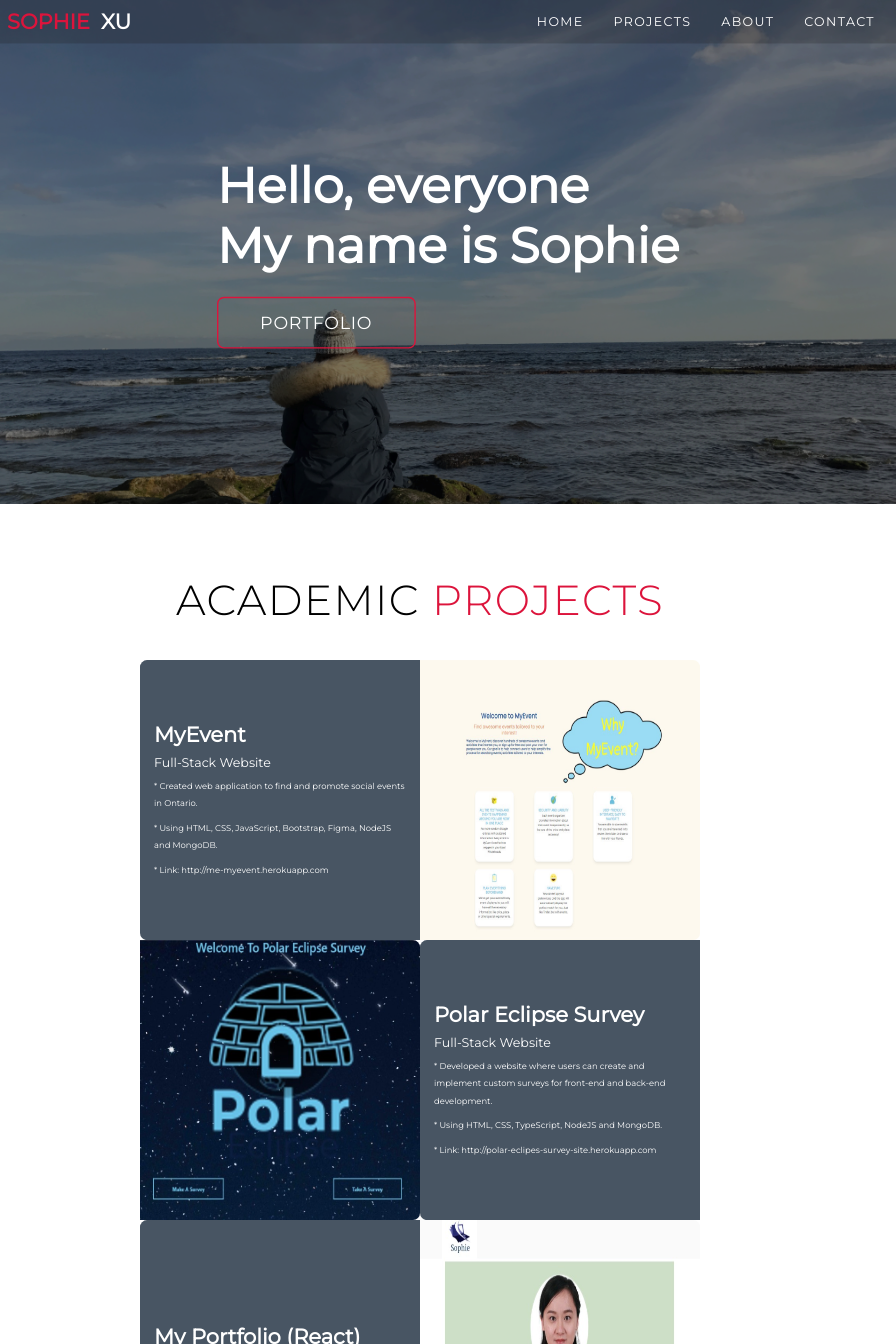
Repository: wenxi0504/StaticWebsite_Profolio
Page: index.html
These files come from the project's save history. The page is drawn as it stood at one moment and after the next save; the edit follows.
The browser window is 1280 px wide. The pictures show the part of the page from y = 0 to 1920 px (the page is 4006 px tall before and 4068 px after), at 70% of full size.

Above is the page before, as saved 2022-03-06 00:40:52.

### index.html
<!DOCTYPE html>
<html lang="en">
  <head>
    <meta charset="UTF-8" />
    <meta http-equiv="X-UA-Compatible" content="IE=edge" />
    <meta name="viewport" content="width=device-width, initial-scale=1.0" />
    <link rel="stylesheet" href="style.css" />
    <title>Portfolio</title>
  </head>
  <body>
    <!-- Header Section -->
    <section id="header">
      <div class="header container">
        <div class="nav-bar">
          <div class="brand">
            <a href="#myIntro">
              <h1><span>Sophie</span>&nbsp&nbspXu</h1>
            </a>
          </div>
          <div class="nav-list">
            <div class="hamburger">
              <div class="bar"></div>
            </div>
            <ul>
              <li><a href="#myIntro" data="Home" >Home</a></li>
              <li><a href="#projects" data="Projects" >Projects</a></li>
              <li><a href="#about" data="About">About</a></li>
              <li><a href="#contact" data="Contact" >Contact</a></li>
            </ul>
          </div>
        </div>
      </div>
    </section>

    <!-- End Header Section -->
    <!-- Introduction Section -->
    <section id="myIntro">
      <div class="myIntro container">
        <div class="card">
          <h1>Hello, everyone <span></span></h1>
          <h1>My name is Sophie <span></span></h1>
          <a href="#" type="button" class="cta">Portfolio</a>
        </div>
      </div>
    </section>
    <!-- End Introduction Section -->
    <!-- Projects Section -->
    <section id="projects">
      <div class="projects container">
        <div class="projects-header">
          <h1 class="section-title">Academic <span>Projects</span></h1>
        </div>
        <div class="all-projects">
          <div class="project-item">
            <div class="project-info">
              <h1>MyEvent</h1>
              <h2>Full-Stack Website</h2>
              <p>* Created web application to find and promote social events in Ontario.</p>
               <p> * Using HTML, CSS, JavaScript, Bootstrap, Figma, NodeJS and MongoDB.</p>
                <p >* Link: <a class="project-link" href="http://me-myevent.herokuapp.com">http://me-myevent.herokuapp.com</a> </p>

            </div>
            <div class="project-img">
              <img src="./images/MyEventCover1.jpg" alt="MyEventImg">
            </div>
          </div>
          <div class="project-item">
            <div class="project-info">
              <h1>Polar Eclipse Survey </h1>
              <h2>Full-Stack Website</h2>
              <p>* Developed a website where users can create and implement custom surveys for front-end and back-end development. </p>
               <p>* Using HTML, CSS, TypeScript, NodeJS and MongoDB.</p>
               <p>* Link: <a class="project-link" href="http://polar-eclipes-survey-site.herokuapp.com">http://polar-eclipes-survey-site.herokuapp.com</a></p>

            </div>
            <div class="project-img">
              <img src="./images/EclipseSurvey.jpg" alt="SurveyImg">
            </div>
          </div>
          <div class="project-item">
            <div class="project-info">
              <h1>My Portfolio (React)</h1>
              <h2>Static Website</h2>
              <p>xxxxxxxxxxxxxx</p>
            </div>
            <div class="project-img">
              <img src="./images/MyPortfolioReact.jpg" alt="MyPortfolioReactImg">
            </div>
          </div>
        </div>
      </div>
    </section>
    <!-- End  Projects Section -->

    <!-- About Me Section -->
    <section id="about">
      <div class="about container">
        <div class="col-left">
          <div class="about-img">
            <img src="./images/3.identical photos_副本.jpg" alt="sophieImg">
          </div>
        </div>
        <div class="col-right">
          <h1 class="section-title">About <span>me</span></h1>
         <h2> <span></span> Web Developer | Front End Developer</h2>
        <p> Hi, everyone. My name is Sophie. Recently, I graduated with Software Engineering Technician Diploma Program at Centennial college. During my educational training at Centennial college, I completed several programming languages and web development application courses through which I gained extensive knowledge in C#, Java, Python, JavaScript, NodeJS and SQL. </p>
        <P>As to academic projects, I contributed to the development of two full-stack web applications. My role was to provide back-end support and was responsible for managing the database and conducting unit testing utilizing automation testing tools, which allowed our team to accomplish app functionality. Additionally, I successfully developed front-end web applications using technologies such as bootstrap and REACT, demonstrating proficiency in web interface design. </p>
         <p> Moreover, I have consistently met the challenges presented in this field with over four years of experience as an IT project coordinator. My attention to detail, organizational skills and strong communication abilities have allowed me to lead software development teams and ensure the success of each project assigned to me. While performing this role, I successfully managed over a dozen small-scale projects independently and collaborated in managing national-level projects valued at 20 million dollars. </p>
         <img  class="downloadImg" src="./images/icons8-arrow-48.png" alt="downloaded"><a href="#" class="cta" > Download Resume</a>
        </div>
      </div>
    </section>
    <!-- End About Me Section -->
    <!-- Contact Section -->
    <section id="contact">
      <div class="contact container">
        <div>
          <h1 class="section-title">Contact <span>Information</span></h1>
        </div>
        <div class="contact-items">
          <div class="contact-item">
            <div class="icon"><img src="./images/icons8-phone-64.png "/></div>
            <div class="contact-info">
              <h1>Phone</h1>
              <h2>647-303-6613 </h2>
          </div>
          </div>
          <div class="contact-item">
            <div class="icon">
              <img src="./images/icons8-email-64.png" alt="sEmail">
            </div>
          <div class="contact-info">
            <h1>Email</h1>
            <h2>sophiewenxi1988@gmail.com</h2>
          </div>
          </div>
          <div class="contact-item">
            <div class="icon"><img src="./images/icons8-address-66.png" /></div>
            <div class="contact-info">
              <h1>Address</h1>
              <h2>Markham, Ontario, Canada </h2>
          </div>
          </div>
        </div>
      </div>
    </section>
    <!-- End Contact Section -->
  <!-- Footer Section -->
  <section id="footer">
    <div class="footer container">
      <div class="brand">
        <h1><span>Sophie</span> Xu</h1>
      </div>
      <div class="social-icon">
        <div class="social-item">
          <a href="#"><img src="./images/icons8-facebook-48.png" /></a>
        </div>
        <div class="social-item">
          <a href="#"><img src="./images/icons8-instagram-48.png" /></a>
        </div>
        <div class="social-item">
          <a href="#"><img src="./images/icons8-twitter-48.png" /></a>
        </div>
        <div class="social-item">
          <a href="#"><img src="./images/icons8-linkedin-48.png" /></a>
        </div>
      </div>
      <p>Copyright © 2022 Sophie Xu. All rights reserved</p>
    </div>
  </section>
  <!-- End Footer Section -->
    <!-- JavaScript -->
  <script src="./index.js"></script>
  <!-- End JavaScript -->
  </body>

</html>

### style.css
/* import custom font from GoogleFonts */
@import "https://fonts.googleapis.com/css?family=Montserrat:300, 400, 700&display=swap";
* {
  margin: 0px;
  padding: 0px;
  box-sizing: border-box;
}

html {
  font-size: 10px;
  font-family: "Montserrat", sans-serif;
}

a {
  text-decoration: none;
}

.container {
  min-height: 100vh;
  width: 100%;
  display: flex;
  align-items: center;
  justify-content: center;
}
/* Header Section */
#header {
	position: fixed;
	z-index: 1000;
	left: 0;
	top: 0;
	width: 100vw;
	height: auto;
}
#header .header {
	min-height: 8vh;
	background-color: rgba(31, 30, 30, 0.24);
	transition: 0.3s ease background-color;
}
#header .nav-bar {
	display: flex;
	align-items: center;
	justify-content: space-between;
	width: 100%;
	height: 100%;
	max-width: 1300px;
	padding: 0 10px;
}
#header .nav-list ul {
	list-style: none;
	position: absolute;
	background-color: rgb(31, 30, 30);
	width: 100vw;
	height: 100vh;
	left: 100%;
	top: 0;
	display: flex;
	flex-direction: column;
	justify-content: center;
	align-items: center;
	z-index: 1;
	overflow-x: hidden;
	transition: 0.5s ease left;
}
#header .nav-list ul.active {
	left: 0%;
}

#header .nav-list ul a {
	font-size: 2.5rem;
	font-weight: 500;
	letter-spacing: 0.2rem;
	text-decoration: none;
	color: white;
	text-transform: uppercase;
	padding: 20px;
	display: block;
}
#header .nav-list ul a::after {
	content: attr(data);
	position: absolute;
	top: 50%;
	left: 50%;
	transform: translate(-50%, -50%) scale(0);
	color: rgba(240, 248, 255, 0.021);
	font-size: 13rem;
	letter-spacing: 50px;
	z-index: -1;
	transition: 0.3s ease letter-spacing;
}
#header .nav-list ul li:hover a::after {
	transform: translate(-50%, -50%) scale(1);
	letter-spacing: initial;
}
#header .nav-list ul li:hover a {
	color: crimson;
}
#header .hamburger {
	height: 60px;
	width: 60px;
	display: inline-block;
	border: 3px solid white;
	border-radius: 50%;
	position: relative;
	display: flex;
	align-items: center;
	justify-content: center;
	z-index: 100;
	cursor: pointer;
	transform: scale(0.8);
	margin-right: 20px;
}
#header .hamburger:after {
	position: absolute;
	content: '';
	height: 100%;
	width: 100%;
	border-radius: 50%;
	border: 3px solid white;
	animation: hamburger_puls 1s ease;
}
#header .hamburger .bar {
	height: 2px;
	width: 30px;
	position: relative;
	background-color: white;
	z-index: -1;
}
#header .hamburger .bar::after,
#header .hamburger .bar::before {
	content: '';
	position: absolute;
	height: 100%;
	width: 100%;
	left: 0;
	background-color: white;
	transition: 0.3s ease;
	transition-property: top, bottom;
}
#header .hamburger .bar::after {
	top: 8px;
}
#header .hamburger .bar::before {
	bottom: 8px;
}
#header .hamburger.active .bar::before {
	bottom: 0;
}
#header .hamburger.active .bar::after {
	top: 0;
}
/* End Header Section */

/* myIntro Section */
#myIntro {
  background-image: url(./images/ProfolioBackground.jpg);
  background-size: cover;
  background-position: top center;
  position: relative;
  z-index: 0;

}

/* background blurring */
#myIntro ::after {
  content: '';
  position: absolute;
  left: 0px;
  top: 0px;
  height: 100%;
  width: 100%;
  background-color:black;
  opacity: 10%;
  z-index: -1;
}

/* setup the max-width window */
#myIntro .myIntro{
max-width: 1200px;
margin: 0 auto;
padding: 0 50px;
justify-content: center;
}



#myIntro h1 {
  display: block;
  width: fit-content;
  font-size: 4rem;
  color: white;
  /* animation: text_reveal 0.5s ease forwards;
  animation-delay: 1s; */


}

/* #myIntro h1:nth-child(1){

  animation-delay:1s;
}

#myIntro h1:nth-child(2){

  animation-delay:2s;
}

#myIntro h1 span{
position: absolute;
top:0;
left:0;
height: 100%;
width: 0;
background-color:crimson;
animation: text_reveal_box 1s ease;
animation-delay:0.5s

}

#myIntro h1:nth-child(1) span {
	animation-delay: 0.5s;
}
#myIntro h1:nth-child(2) span {
	animation-delay: 1.5s;
} */

.cta {
  display: inline-block;
  padding: 1rem 1rem;
  color: white;
  background-color: transparent;
  border: 2px solid crimson;
  border-radius: 10px;
  font-size: 2rem;
  text-transform: uppercase;
  letter-spacing: 0.1rem;
  margin-top: 30px;
  transition: 0.3s ease;
  transition-property: background-color;
}

.cta:hover {
  background-color: crimson;

}

/* end myIntro section */

/* keyframes */
/* @keyframes text_reveal_box {
	50% {
		width: 100%;
		left: 0;
	}
	100% {
		width: 0;
		left: 100%;
	}
}
@keyframes text_reveal {
	100% {
		color: white;
	}
} */

/* Project Section */
.section-title {
	font-size: 4rem;
	font-weight: 300;
	color: black;
	margin-bottom: 10px;
	text-transform: uppercase;
	letter-spacing: 0.2rem;
	text-align: center;
}
.section-title span {
	color: crimson;
}

#projects .projects{
  flex-direction: column;
  max-width: 1200px;
  margin: 0,auto;
  padding: 100px 0;

}

#projects .projects-header h1{
  margin-bottom: 50px;
}

#projects .all-projects{
  display:flex;
  flex-direction: column;
  justify-content: center;
  align-items:center;
}

#projects .project-item{
  display: flex;
  /* flex-direction: column; */
  justify-content: center;
  align-items:center;
  width:100%;
  height:302px;
  margin: 20px auto;
  overflow: hidden;
}

#projects .project-info{
  display: flex;
  flex-direction: column;
  justify-content: center;
  align-items:flex-start;
  padding: 20px;
  flex-basis: 50%;
  width: 400px;
  height: 300px;
  background-image:linear-gradient(60deg,#29323c, 0%, #485563 100%);
  color:white;

  border-top-left-radius: 10px;
  border-bottom-left-radius:10px;
}

#projects .project-info h1 {

	font-size: 3rem;
	font-weight: 800;
}
#projects .project-info h2 {
	font-size: 1.8rem;
	font-weight: 500;
	margin-top: 10px;
}
#projects .project-info p {
	color: white;
  font-size: 1.2rem;
  padding-top: 5px;
  margin-top: 5px;
  line-height: 25px;
}
#projects .project-info .project-link{
  color:white;
}

#projects .project-img {
	flex-basis: 50%;
  width:400px;
	height: 300px;
	overflow: hidden;
	position: relative;
  border-top-right-radius: 10px;
  border-bottom-right-radius:10px;
}

#projects .project-img img{
  width:100%;
  height: 100%;
  transition: 0.3s ease transform;
}

#projects .project-item:hover .project-img img {
	transform: scale(1.1);
}

/* #projects .project-img:after {
	content: '';
	position: absolute;
	left: 0;
	top: 0;
	height: 100%;
	width: 100%;
	background-image: linear-gradient(60deg, #29323c 0%, #485563 100%);
	opacity: 0.7;
}
#projects .project-img img {
	transition: 0.3s ease transform;
}
*/
/* About Section */
#about .about{
  flex-direction:column-reverse;
  text-align:center;
  max-width:1200px;
  margin: 0 auto;
  padding:100px 20px;
}

/* SophieImg */
 #about .col-left{
  width:250px;
  height:360px;
}

#about .col-right {
	width: 100%;
}

#about .col-right h2 {
	font-size: 1.8rem;
	font-weight: 500;
	letter-spacing: 0.2rem;
	margin-bottom: 10px;
}

#about .col-right p {
  font-size: 1.3rem;
  text-align: justify;
  text-indent:5em;
  line-height: 2rem;
	margin-bottom: 20px;
}

#about .col-right .cta{
  color:black;
  margin-bottom: 50px;
  padding: 10px 20px;
  font-size: 2rem;
}

#about .col-right .cta:hover{
  color:white;

}

#about .col-right .downloadImg{
  position: relative;
  top:15px;
  right: 10px
}

#about .col-left .about-img{
  height: 100%;
  width: 100%;
  position: relative;
  border:10px solid white;
}
#about .col-left .about-img img{
  height: 70%;
  width: 80%;
}

#about .col-left .about-img::after{
  content:'';
  position: absolute;
  left:-20px;
  top:25px;
  height: 65%;
  width:80%;
  border:7px solid crimson;
  z-index: -1;
}
/* End About Section */
/* Contact Section */
#contact .contact{
  flex-direction: column;
  max-width: 1200px;
  margin:0 auto;
  width:90%
}

#contact .contact-items{
  width:100%
}

#contact .contact-item{
  width:80%;
  padding: 20px;
  text-align: center;
  border-radius:10px;
  padding: 30px;
  margin:30px;
  display: flex;
  justify-content: center;
  align-items:center;
  flex-direction: column;
  box-shadow: 0px 0px 18px 0 #0000002c;
  transition: 0.3s ease box-shadow;
}
#contact .contact-item:hover{
  box-shadow: 0px 0px 5px 0 #0000002c;
}

#contact .icon {
	width: 70px;
	margin: 0 auto;
	margin-bottom: 10px;
}
#contact .contact-info h1 {
	font-size: 2.5rem;
	font-weight: 500;
	margin-bottom: 5px;
}
#contact .contact-info h2 {
	font-size: 1.3rem;
	line-height: 2rem;
	font-weight: 500;
}

/* End Contact Section */

/* Footer Section */
#footer{
  background-image:linear-gradient(60deg, #29323c 0%, #485563 100%);
}

#footer .footer{
  min-height: 200px;
  flex-direction: column;
  padding-top:50px;
  padding-bottom: 10px;
}
.brand h1 {
	font-size: 3rem;
	text-transform: uppercase;
	color: white;
}
.brand h1 span {
	color: crimson;
}

#footer .social-icon {
	display: flex;
	margin-bottom: 30px;
}
#footer .social-item {
	height: 50px;
	width: 50px;
	margin: 0 5px;
}
#footer .social-item img {
	filter: grayscale(1);
	transition: 0.3s ease filter;
}
#footer .social-item:hover img {
	filter: grayscale(0);
}
#footer p {
	color: white;
	font-size: 1.3rem;
}

/* End Footer Section */

/* keyframes */
@keyframes hamburger_puls {
	0% {
		opacity: 1;
		transform: scale(1);
	}
	100% {
		opacity: 0;
		transform: scale(1.4);
	}
}


/* Media Section */
/* Media Query for table */
@media only screen and (min-width:768px) {
  /* Portfolio button */
  .cta{
    font-size:2.5rem;
    padding:20px 60px;
  }
 h1.section-title{
   font-size: 6rem;
 }

 /* myIntro */
 #myIntro h1{
   font-size:7rem;
 }

 /* End myIntro */

 /* Projects */
 #projects .project-item{
   flex-direction: row;
 }

 #projects .project-item:nth-child(even)
 {
   flex-direction:row-reverse;
 }

 #projects .project-item {
  height: 400px;
  margin: 0;
  width: 100%;
  border-radius: 0;
}
#projects .all-projects .project-info {
  height: 100%;
}
#projects .all-projects .project-img {
  height: 100%;
}
 /* End Projects */
 /* About Section */
 #about .about{
   flex-direction: row;
  }
  /* Sophie Image */
  #about .col-left{
    width: 600px;
    height: 400px;
    padding-left: 60px;
  }

  /* Out-border for Sophie Image */
  #about .about .col-left .about-img::after{
    left: -20px;
    top:34px;
    height:65%;
    width:80%;
    border: 10px solid crimson;
  }

  #about .col-right{
    text-align: left;
    padding: 30px;
  }

  #about .col-right h1{
    text-align: left;
  }


 /* End About Section */
 /* Contact Section */
 #contact .contact{
   flex-direction: column;
   padding: 100px 0;
   align-items:center;
   justify-content: center;
   min-width: 20vh;
 }
 #contact .contact-items {
  width: 100%;
  display: flex;
  flex-direction: row;
  justify-content: space-evenly;
  margin: 0;
}
#contact .contact-item {
  width: 50%;
  margin: 10px;
  flex-direction: row;
}
#contact .contact-item .icon {
  height: 60px;
  width: 60px;
  margin-left: -10px;
  margin-top: 20px;
}
#contact .contact-item .icon img {
  object-fit: contain;
  height: 80%;
  width:80%;
}
#contact .contact-item .contact-info {
  width: 80%;
  text-align: left;
  padding-left: 10px;
}
#contact .contact-item .contact-info h1{
  font-size:1.8rem;
  font-weight: 1.5rem;
}
#contact .contact-item .contact-info h2{
  font-size:1rem;
 text-overflow: clip;


}

 /* End Contact Section */

 /* Media Query for Desktop */
 @media only screen and (min-width:1200px) {
   /* header */
	#header .hamburger {
		display: none;
	}
	#header .nav-list ul {
		position: initial;
		display: block;
		height: auto;
		width: fit-content;
		background-color: transparent;
	}
	#header .nav-list ul li {
		display: inline-block;
	}
	#header .nav-list ul li a {
		font-size: 1.8rem;
	}
	#header .nav-list ul a:after {
		display: none;
	}
	/* End header */

 }

}
/* End Media Section */

### index.js
const hamburger=document.querySelector('.header .nav-bar .nav-list .hamburger')
const mobile_menu=document.querySelector('.header .nav-bar .nav-list ul');
const menu_item =document.querySelectorAll('.header .nav-bar .nav-list ul li a');
const header =document.querySelector('.header .container');

hamburger.addEventListener('click',()=>{
    hamburger.classList.toggle('active');
    mobile_menu.classList.toggle('active');
})

After the next save:
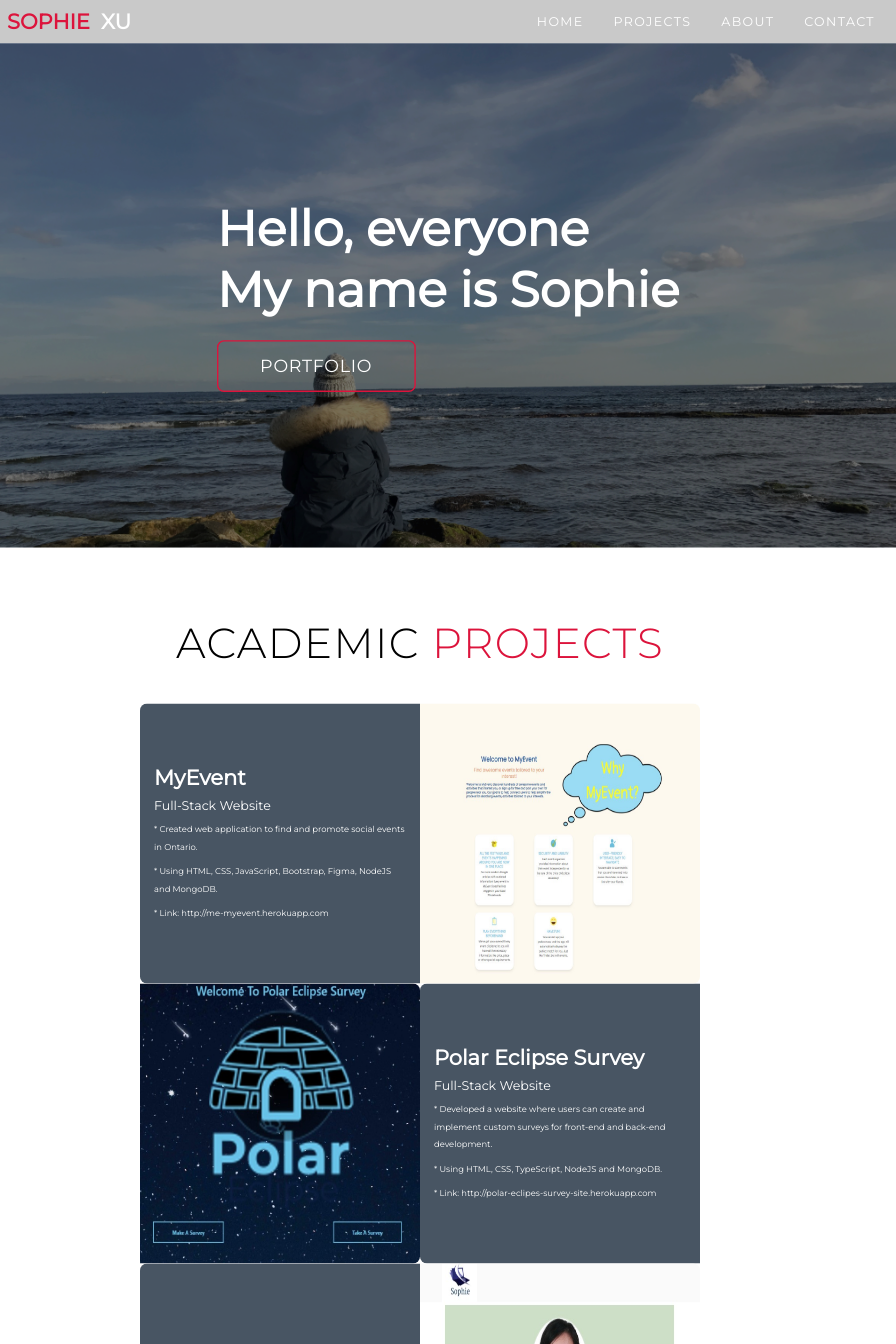
Saved 8 min 15 s later.
--- a/style.css
+++ b/style.css
@@ -24,7 +24,7 @@
 }
 /* Header Section */
 #header {
-	position: fixed;
+	position:sticky;
 	z-index: 1000;
 	left: 0;
 	top: 0;

After the save that followed:
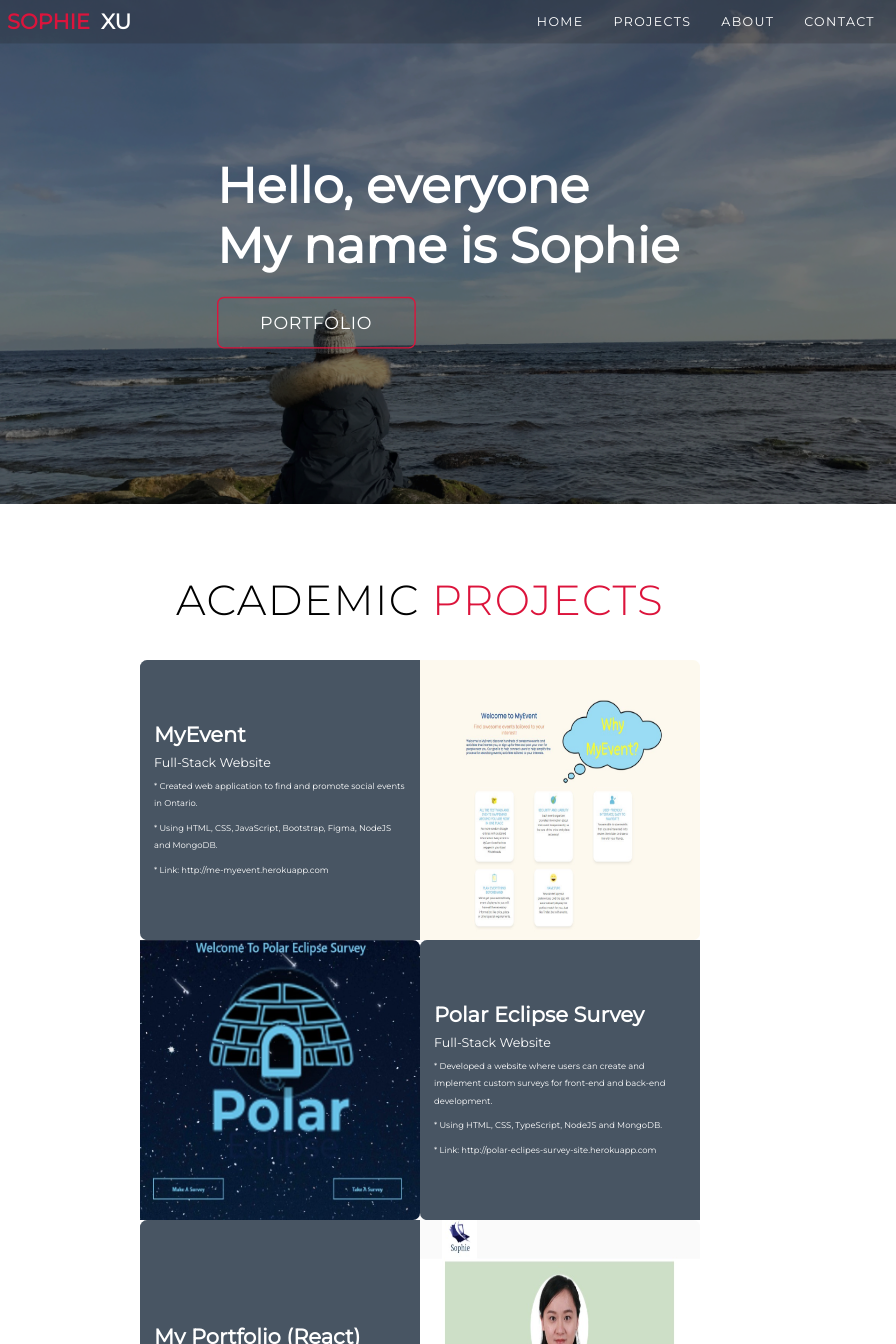
Saved 51 s later.
--- a/style.css
+++ b/style.css
@@ -24,7 +24,7 @@
 }
 /* Header Section */
 #header {
-	position:sticky;
+	position:absolute;
 	z-index: 1000;
 	left: 0;
 	top: 0;
